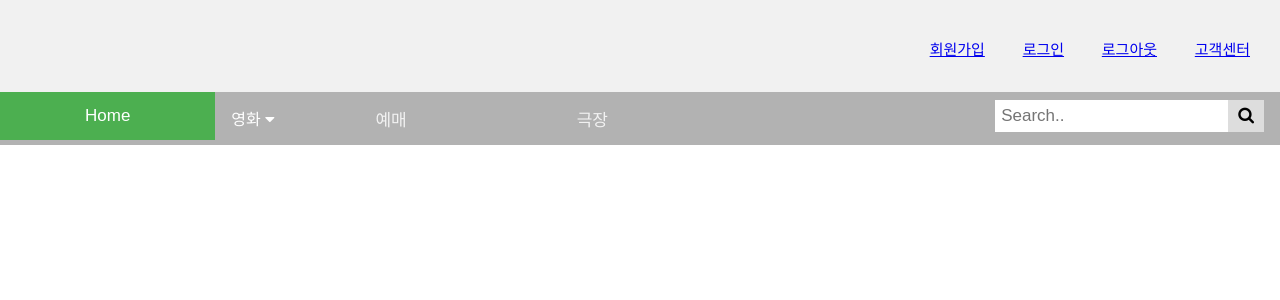
Repository: seulgi-code/MovieBox
Page: http://localhost/web/pages_css/header2.jsp
These files come from the project's save history. The page is drawn as it stood at one moment and after the next save; the edit follows.
The browser window is 1280 px wide. The pictures show the whole page.
The page is served by Tomcat 9. Other server files are loaded and not shown.

Above is the page before, as saved 2020-08-07 07:42:15.

### web/src/main/webapp/pages_css/header2.jsp
<%@ page language="java" contentType="text/html; charset=UTF-8"
	pageEncoding="UTF-8"%>
<!DOCTYPE html>
<html>
<head>
<link rel="stylesheet"
	href="https://cdnjs.cloudflare.com/ajax/libs/font-awesome/4.7.0/css/font-awesome.min.css">
<style>


* {
	box-sizing: border-box;
}

body {
	margin: 0;
	font-size: 28px;
	font-family: Arial, Helvetica, sans-serif;
}

.header {
	background-color: #f1f1f1;
	padding: 30px;
	text-align: center;
}
 /* header - 맨위  */
 .header  div {
 	text-align: right;
 	margin-bottom: 0;

 }
 .header  div a{
 	font-size: 15px;
    padding-left: 30px;
 }
 /* header - 맨위  */

#navbar {
	overflow: hidden;
	background-color: rgba(0, 0, 0, .3);
}

#navbar a {
	float: left;
	display: block;
	color: #f2f2f2;
	text-align: center;
	padding: 14px 85px;
	text-decoration: none;
	font-size: 17px;
}

#navbar a:hover {
	background-color: #ddd;
	color: black;
}

#navbar a.active {
	background-color: #4CAF50;
	color: white;
}

.content {
	padding: 16px;
}

.sticky {
	position: fixed;
	top: 0;
	width: 100%;
}

.sticky+.content {
	padding-top: 60px;
}

#navbar .search-container {
	float: right;
}

#navbar input[type=text] {
	padding: 6px;
	margin-top: 8px;
	font-size: 17px;
	border: none;
}

#navbar .search-container button {
	float: right;
	padding: 6px 10px;
	margin-top: 8px;
	margin-right: 16px;
	background: #ddd;
	font-size: 17px;
	border: none;
	cursor: pointer;
}

#navbar .search-container button:hover {
	background: #ccc;
}

@media screen and (max-width: 600px) {
	#navbar .search-container {
		float: none;
	}
	#navbar a, .topnav input[type=text], #navbar .search-container button {
		float: none;
		display: block;
		text-align: left;
		width: 100%;
		margin: 0;
		padding: 14px;
	}
	#navbar input[type=text] {
		border: 1px solid #ccc;
	}
}

.dropdown {
	float: left;
	overflow: hidden;
}

.dropdown .dropbtn {
	font-size: 16px;
	border: none;
	outline: none;
	color: white;
	padding: 14px 16px;
	background-color: inherit;
	font-family: inherit;
	margin: 0;
}

.dropdown-content {
	display: none;
	position: absolute;
	background-color: #f9f9f9;
	min-width: 160px;
	box-shadow: 0px 8px 16px 0px rgba(0, 0, 0, 0.2);
	z-index: 1;
}

.dropdown-content a {
	float: none;
	color: black;
	padding: 12px 16px;
	text-decoration: none;
	display: block;
	text-align: left;
}

.dropdown-content a:hover {
	background-color: #ddd;
}

.dropdown:hover .dropdown-content {
	display: block;
}
</style>
</head>
<body>
	<header >
		<div class="header">
				<div>
					<a href="signup.do" id="signup">회원가입</a>
					<!--로그인시 hidden 처리되게  -->
					<a href="signin.do" id="sign">로그인</a>
					<!--로그인시 '로그아웃'으로 바뀌게 하기  -->
					<a href="logOut.do" id="logOut">로그아웃</a>
					<!--로그인시 '로그아웃'으로 바뀌게 하기  -->
					<a href="boardList.do">고객센터</a>
				</div>
		</div>
		<div class="delicious-main-menu">
			<div class="classy-nav-container breakpoint-off">
				<div id="navbar">
					<a id="navbar-contents" class="active" href="javascript:void(0)">Home</a>
					<div class="dropdown">
						<button class="dropbtn">
							영화 <i class="fa fa-caret-down"></i>
						</button>
						<div class="dropdown-content">
							<a href="#">전체영화</a> <a href="#">무비파인더</a>
						</div>
					</div>
					<a id="navbar-contents" href="javascript:void(0)">예매</a> <a
						id="navbar-contents" href="javascript:void(0)">극장</a>

					<div class="search-container">
						<form action="/action_page.php">
							<input type="text" placeholder="Search.." name="search">
							<button type="submit">
								<i class="fa fa-search"></i>
							</button>
						</form>
					</div>
				</div>
			</div>
		</div>
	</header>
	<script>
		window.onscroll = function() {
			myFunction()
		};

		var navbar = document.getElementById("navbar");
		var sticky = navbar.offsetTop;

		function myFunction() {
			if (window.pageYOffset >= sticky) {
				navbar.classList.add("sticky")
			} else {
				navbar.classList.remove("sticky");
			}
		}
	</script>

</body>

</html>

After the next save:
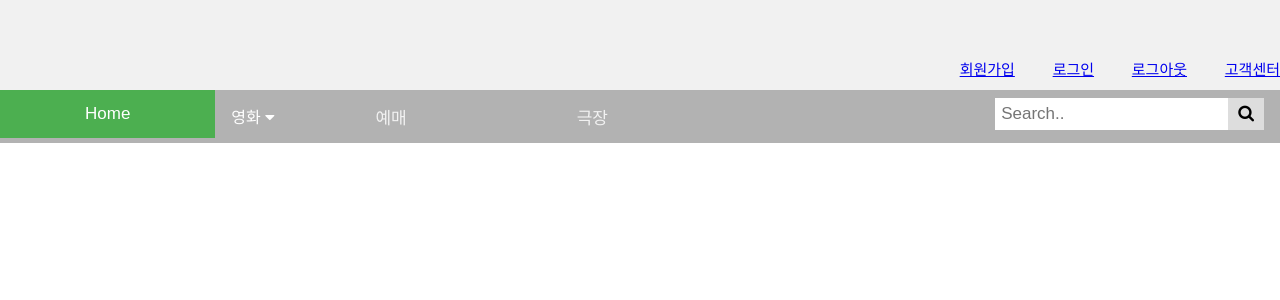
Saved 3 min 42 s later.
--- a/web/src/main/webapp/pages_css/header2.jsp
+++ b/web/src/main/webapp/pages_css/header2.jsp
@@ -20,7 +20,8 @@ body {
 
 .header {
 	background-color: #f1f1f1;
-	padding: 30px;
+    padding-top: 50px;
+    padding-bottom: 8px;
 	text-align: center;
 }
  /* header - 맨위  */
